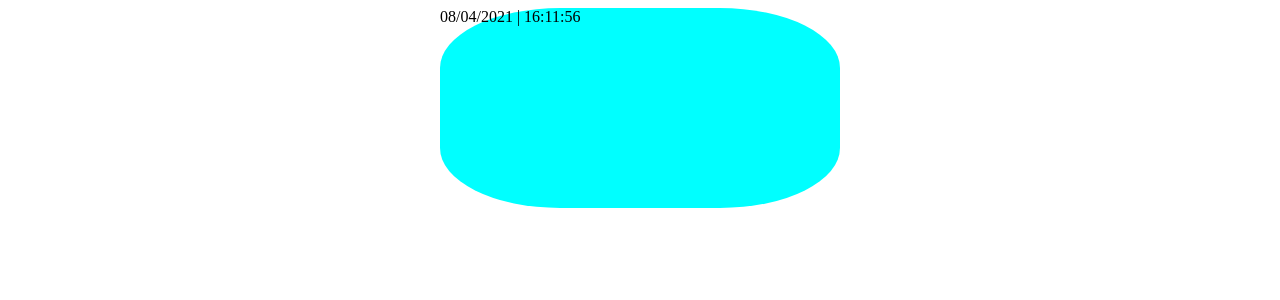
Repository: Widzisz/zadania-JavaScript
Page: www/index.html
The author's editor kept a copy of each file at every save. The page is drawn from the files as they stood at one save, then again after the next save.
The browser window is 1280 px wide. The pictures show the whole page.

Above is the page before, as saved 2021-04-08 18:30:00.

### www/index.html
<!DOCTYPE HTML>
<html lang="pl">

<head>
	<meta charset="utf-8" />
	<link rel="stylesheet" href="main.css">
	<title>Odliczanie czasu</title>

	<script type="text/javascript" src="timer.js">
	</script>

</head>

<body onload="timer()">

	<div class="container">
		<div id="zegar"></div>
	</div>

	<script type="text/javascript">
	</script>

</body>

</html>

### www/main.css
.container {
  display: flex;
  justify-content: center;
  align-items: center;
}

#zegar {
  height: 200px;
  width: 400px;
  border-radius: 30%;
  background-color: aqua;
}

### www/timer.js







function timer() {
	let today = new Date();

	let day = today.getDate();
	if (day < 10) {
		day = "0" + day;
	}
	let month = today.getMonth() + 1;
	if (month < 10) {
		month = "0" + month;
	}
	let year = today.getFullYear();

	let hours = today.getHours();
	if (hours < 10) {
		hours = "0" + hours;
	}
	let minutes = today.getMinutes();
	if (minutes < 10) {
		minutes = "0" + minutes;
	}
	let seconds = today.getSeconds();
	if (seconds < 10) {
		seconds = "0" + seconds;
	}

	document.getElementById("zegar").innerHTML = day + "/" + month + "/" + year
		+ " " + "|" + " " + hours + ":" + minutes + ":" + seconds;

	setTimeout("timer()", 1000);
}


























































// function odliczanie() {
// 	var dzisiaj = new Date();

// 	var dzien = dzisiaj.getDate();
// 	var miesiac = dzisiaj.getMonth() + 1;
// 	var rok = dzisiaj.getFullYear();

// 	var godzina = dzisiaj.getHours();
// 	if (godzina < 10) godzina = "0" + godzina;

// 	var minuta = dzisiaj.getMinutes();
// 	if (minuta < 10) minuta = "0" + minuta;

// 	var sekunda = dzisiaj.getSeconds();
// 	if (sekunda < 10) sekunda = "0" + sekunda;

// 	document.getElementById("zegar").innerHTML =
// 		dzien + "/" + miesiac + "/" + rok + " | " + godzina + ":" + minuta + ":" + sekunda;

// 	setTimeout("odliczanie()", 1000);
// }

After the next save:
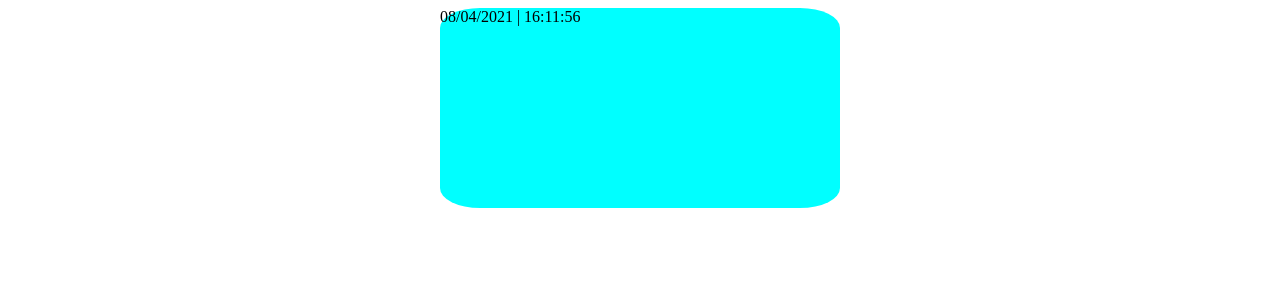
Saved 13 s later.
--- a/www/main.css
+++ b/www/main.css
@@ -7,6 +7,6 @@
 #zegar {
   height: 200px;
   width: 400px;
-  border-radius: 30%;
+  border-radius: 10%;
   background-color: aqua;
 }
